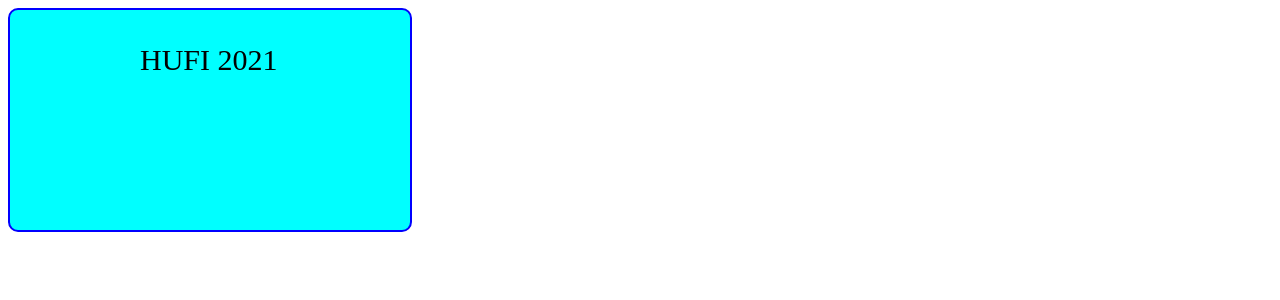
Repository: Tan-Khang21/TH_TKW--Buoi_05
Page: Bai_Tap_Ve_Nha/Bai_02/Canvas11.html
These files come from the project's save history. The page is drawn as it stood at one moment and after the next save; the edit follows.
The browser window is 1280 px wide. The pictures show the whole page.

Above is the page before, as saved 2024-03-10 22:23:49.

### Bai_Tap_Ve_Nha/Bai_02/Canvas11.html
<!DOCTYPE html>
<html lang="en">
  <head>
    <meta charset="UTF-8" />
    <meta name="viewport" content="width=device-width, initial-scale=1.0" />
    <title>Document</title>
  </head>
  <body>
    <canvas
      id="myCanvas"
      style="
        border: 2px solid blue;
        background-color: aqua;
        border-radius: 10px;
      "
      width="400px"
      height="220px"
    ></canvas>
    <script>
      var canvas = document.getElementById("myCanvas"),
        ctx = canvas.getContext("2d");
      ctx.beginPath();
      ctx.beginPath();
      ctx.font = "30px Arials";
      ctx.fillText("HUFI 2021", 130, 60);
    </script>
  </body>
</html>

After the next save:
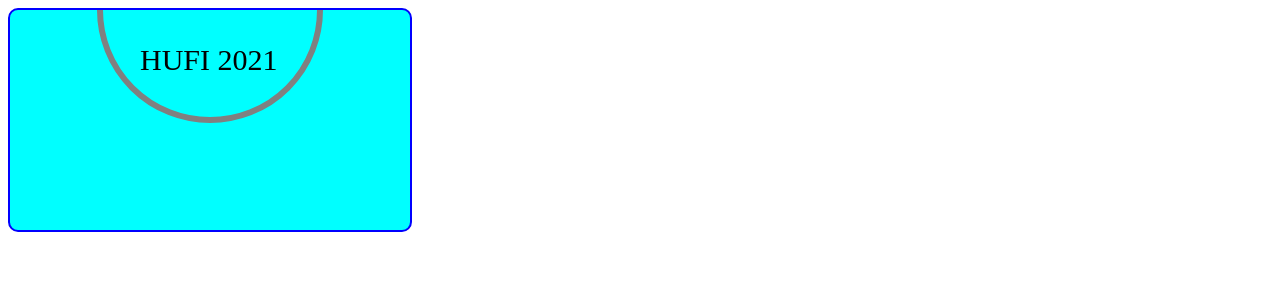
Saved 44 s later.
--- a/Bai_Tap_Ve_Nha/Bai_02/Canvas11.html
+++ b/Bai_Tap_Ve_Nha/Bai_02/Canvas11.html
@@ -23,6 +23,11 @@
       ctx.beginPath();
       ctx.font = "30px Arials";
       ctx.fillText("HUFI 2021", 130, 60);
+      ctx.beginPath();
+      ctx.arc(200, 0, 110, 0, Math.PI);
+      ctx.strokeStyle = "#808080";
+      ctx.lineWidth = 6;
+      ctx.stroke();
     </script>
   </body>
 </html>
